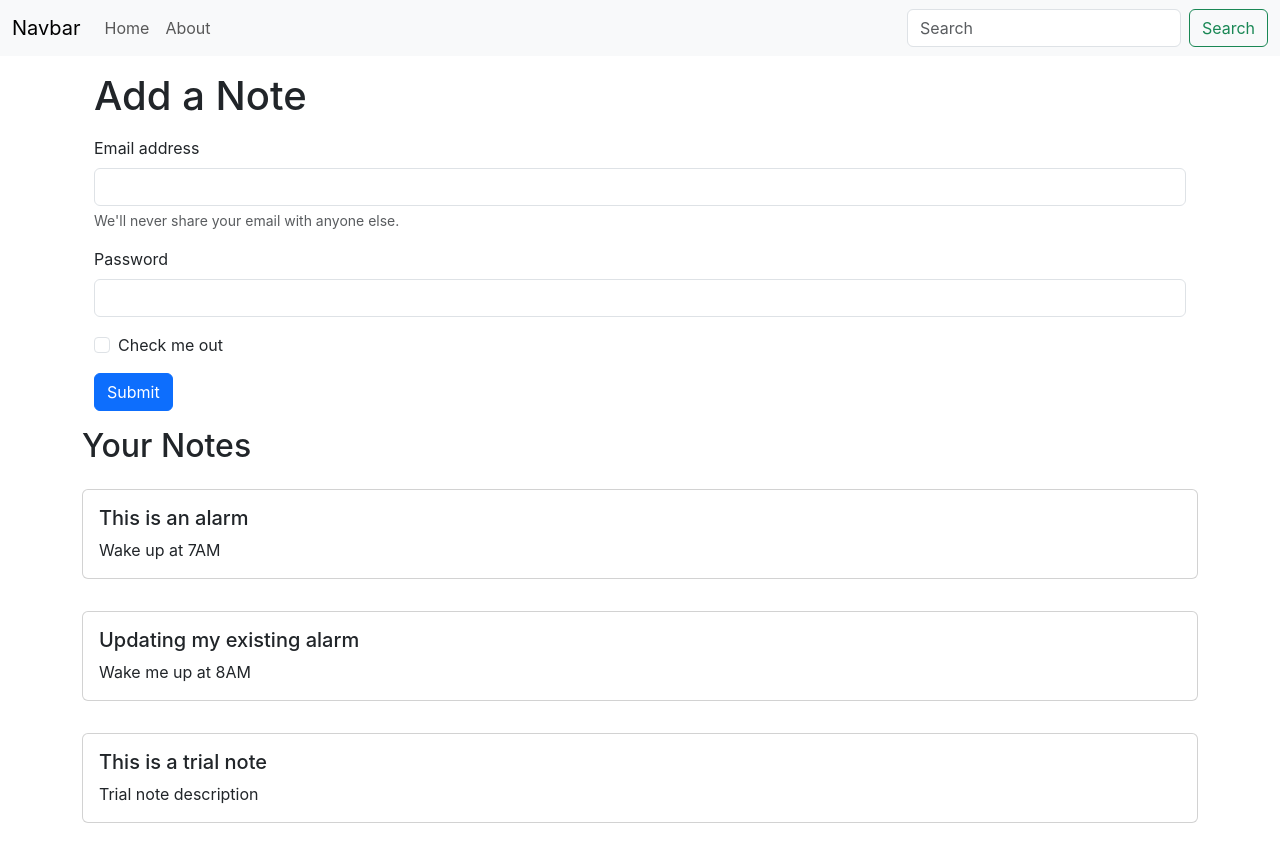
Repository: bhaveshdaipuria/inotebook
Page: /home
An editor plug-in stored every save of this project. The page is shown before and after the next save, followed by the edit.
The browser window is 1280 px wide. The pictures show the whole page.
The project was rebuilt for these pictures with package versions that can differ from the ones it lists, and the page was loaded fresh each time. Also part of the build but not shown: src/App.css, src/components/About.js.

Above is the page before, as saved 2023-05-03 14:13:00.

### public/index.html
<!DOCTYPE html>
<html lang="en">
  <head>
    <meta charset="utf-8" />
    <link rel="icon" href="%PUBLIC_URL%/favicon.ico" />
    <meta name="viewport" content="width=device-width, initial-scale=1" />
    <meta name="theme-color" content="#000000" />
    <meta
      name="description"
      content="Web site created using create-react-app"
    />
    <link rel="apple-touch-icon" href="%PUBLIC_URL%/logo192.png" />
    <link href="https://cdn.jsdelivr.net/npm/bootstrap@5.3.0-alpha3/dist/css/bootstrap.min.css" rel="stylesheet" integrity="sha384-KK94CHFLLe+nY2dmCWGMq91rCGa5gtU4mk92HdvYe+M/SXH301p5ILy+dN9+nJOZ" crossorigin="anonymous">
    <!--
      manifest.json provides metadata used when your web app is installed on a
      user's mobile device or desktop. See https://developers.google.com/web/fundamentals/web-app-manifest/
    -->
    <link rel="manifest" href="%PUBLIC_URL%/manifest.json" />
    <!--
      Notice the use of %PUBLIC_URL% in the tags above.
      It will be replaced with the URL of the `public` folder during the build.
      Only files inside the `public` folder can be referenced from the HTML.

      Unlike "/favicon.ico" or "favicon.ico", "%PUBLIC_URL%/favicon.ico" will
      work correctly both with client-side routing and a non-root public URL.
      Learn how to configure a non-root public URL by running `npm run build`.
    -->
    <title>iNotebook</title>
  </head>
  <body>
    <noscript>You need to enable JavaScript to run this app.</noscript>
    <div id="root"></div>
    <!--
      This HTML file is a template.
      If you open it directly in the browser, you will see an empty page.

      You can add webfonts, meta tags, or analytics to this file.
      The build step will place the bundled scripts into the <body> tag.

      To begin the development, run `npm start` or `yarn start`.
      To create a production bundle, use `npm run build` or `yarn build`.
    -->
  </body>
  <script src="https://cdn.jsdelivr.net/npm/bootstrap@5.3.0-alpha3/dist/js/bootstrap.bundle.min.js" integrity="sha384-ENjdO4Dr2bkBIFxQpeoTz1HIcje39Wm4jDKdf19U8gI4ddQ3GYNS7NTKfAdVQSZe" crossorigin="anonymous"></script>
</html>

### src/App.js
import './App.css';
import Navbar from './components/Navbar';
import Home  from './components/Home';
import { BrowserRouter, Routes, Route } from 'react-router-dom';
import About from './components/About';
import NoteState from './context/notes/NoteState';

function App() {
  return (
    <>
    <NoteState>
    <BrowserRouter>
    <Navbar/>
    <div className='container'>
      <Routes>
      <Route exact path = '/home' element={<Home/>}/>
      <Route exact path = '/about' element={<About/>}/>
    </Routes>
    </div>
    </BrowserRouter>
    </NoteState>
    </>
  );
}

export default App;

### src/components/Navbar.js
import React, { useEffect } from "react";
import { Link, useLocation } from "react-router-dom";

function Navbar() {
  let location = useLocation();
  useEffect(()=>{
    console.log(location.pathname)
  }, [location]);
  return (
    <nav className="navbar navbar-expand-lg bg-body-tertiary">
      <div className="container-fluid">
        <Link className="navbar-brand" to="/">
          Navbar
        </Link>
        <button
          className="navbar-toggler"
          type="button"
          data-bs-toggle="collapse"
          data-bs-target="#navbarSupportedContent"
          _aria-controls="navbarSupportedContent"
          aria-expanded="false"
          aria-label="Toggle navigation"
        >
          <span className="navbar-toggler-icon"></span>
        </button>
        <div className="collapse navbar-collapse" id="navbarSupportedContent">
          <ul className="navbar-nav me-auto mb-2 mb-lg-0">
            <li className="nav-item">
              <Link className={`nav-link ${location.pathname === '/'?"active":""}`} aria-current="page" to="/home">
                Home
              </Link>
            </li>
            <li className="nav-item">
              <Link className={`nav-link ${location.pathname === '/about'?"active":""}`} to="/about">
                About
              </Link>
            </li>
          </ul>
          <form className="d-flex" role="search">
            <input
              className="form-control me-2"
              type="search"
              placeholder="Search"
              aria-label="Search"
            />
            <button className="btn btn-outline-success" type="submit">
              Search
            </button>
          </form>
        </div>
      </div>
    </nav>
  );
}

export default Navbar;

### src/components/Home.js
import React from 'react';
import Notes from './Notes';

function Home() {
  return (
    <div>
    <div className='container my-3'>
    <h1>Add a Note</h1>
    <form className='my-3'>
  <div className="mb-3">
    <label for="exampleInputEmail1" className="form-label">Email address</label>
    <input type="email" className="form-control" id="exampleInputEmail1" aria-describedby="emailHelp"/>
    <div id="emailHelp" className="form-text">We'll never share your email with anyone else.</div>
  </div>
  <div className="mb-3">
    <label for="exampleInputPassword1" className="form-label">Password</label>
    <input type="password" className="form-control" id="exampleInputPassword1"/>
  </div>
  <div className="mb-3 form-check">
    <input type="checkbox" className="form-check-input" id="exampleCheck1"/>
    <label className="form-check-label" for="exampleCheck1">Check me out</label>
  </div>
  <button type="submit" className="btn btn-primary">Submit</button>
</form>
</div>
<Notes/>
</div>
  )
}

export default Home;

### src/context/notes/NoteState.js
import NoteContext from "./noteContext";
import { useState } from "react";

const  NoteState = (props)=>{
    const notesInitial = [
        {
          "_id": "644f7e8be617961a0e690ce2",
          "user": "644f7d94e617961a0e690ccc",
          "title": "This is an alarm",
          "description": "Wake up at 7AM",
          "tag": "General",
          "date": "2023-05-01T08:55:39.717Z",
          "__v": 0
        },
        {
          "_id": "644f7ea9e617961a0e690ce5",
          "user": "644f7d94e617961a0e690ccc",
          "title": "Updating my existing alarm",
          "description": "Wake me up at 8AM",
          "tag": "Updated Alarm",
          "date": "2023-05-01T08:56:09.511Z",
          "__v": 0
        },
        {
          "_id": "644f8271f19dd960cfe94ffd",
          "user": "644f7d94e617961a0e690ccc",
          "title": "This is a trial note",
          "description": "Trial note description",
          "tag": "General",
          "date": "2023-05-01T09:12:17.622Z",
          "__v": 0
        }
      ]
      const [notes, setNotes] = useState(notesInitial)
    return(
        <NoteContext.Provider value={{notes, setNotes}}>
            {props.children}
        </NoteContext.Provider>
    )
}

export default NoteState;

### src/components/Notes.js
import React, {useContext} from 'react';
import noteContext from '../context/notes/noteContext';
import NoteItem from './NoteItem';

function Notes() {
    const context = useContext(noteContext);
    const {notes, setNotes} = context;
  return (
    <div className='row my-3'>
    <h2>Your Notes</h2>
    {notes.map((note)=>{
      return <NoteItem note={note}/>
    })}
    </div>
  )
}

export default Notes;

### src/components/NoteItem.js
import React from 'react'

function NoteItem(props) {
    const {note} = props;
  return (
    <div className='col-mid-3'>
    <div className='card my-3'>
        <div className='card-body'>
            <h5 className='card-title'>{note.title}</h5>
            <p className='card-text'>{note.description}</p>
        </div>
    </div>
    </div>
  )
}

export default NoteItem;

Loaded but not shown: src/index.js (common file); src/index.css (common file); src/context/notes/noteContext.js (common file)

After the next save:
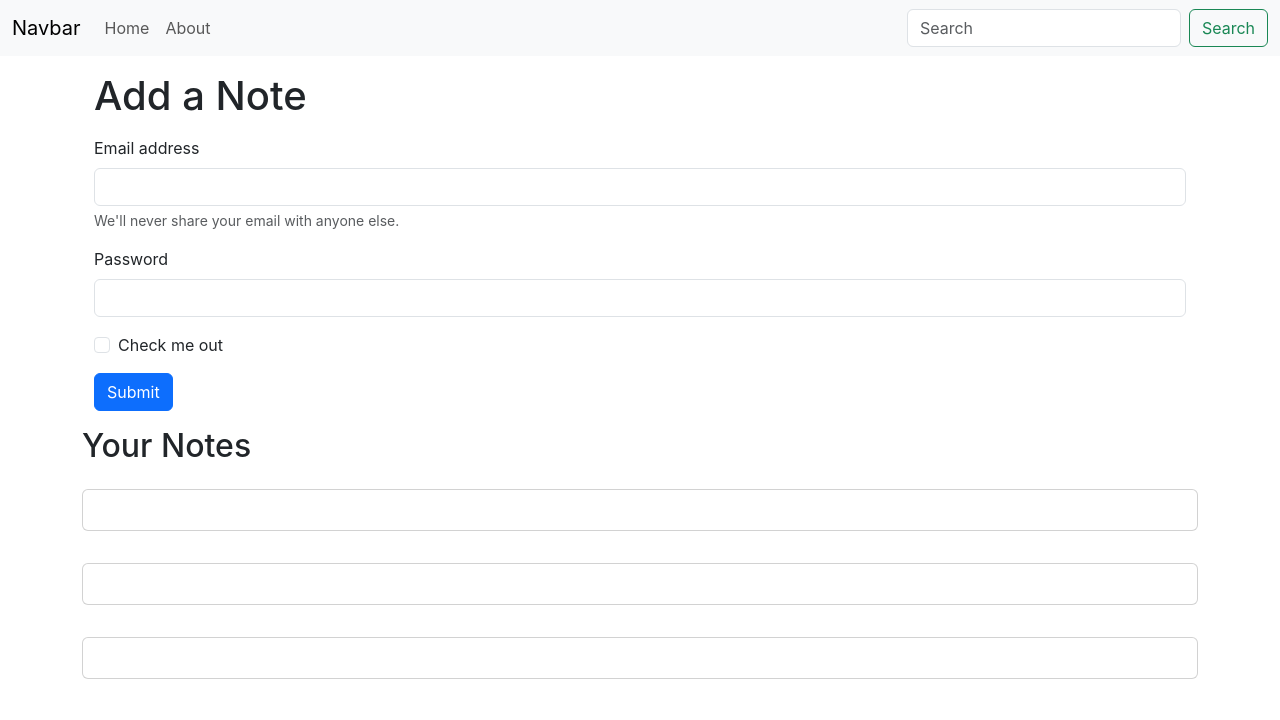
Saved 41 s later.
--- a/src/components/NoteItem.js
+++ b/src/components/NoteItem.js
@@ -1,13 +1,12 @@
 import React from 'react'
 
-function NoteItem(props) {
-    const {note} = props;
+function NoteItem({title, description}) {
   return (
     <div className='col-mid-3'>
     <div className='card my-3'>
         <div className='card-body'>
-            <h5 className='card-title'>{note.title}</h5>
-            <p className='card-text'>{note.description}</p>
+            <h5 className='card-title'>{title}</h5>
+            <p className='card-text'>{description}</p>
         </div>
     </div>
     </div>

After the save that followed:
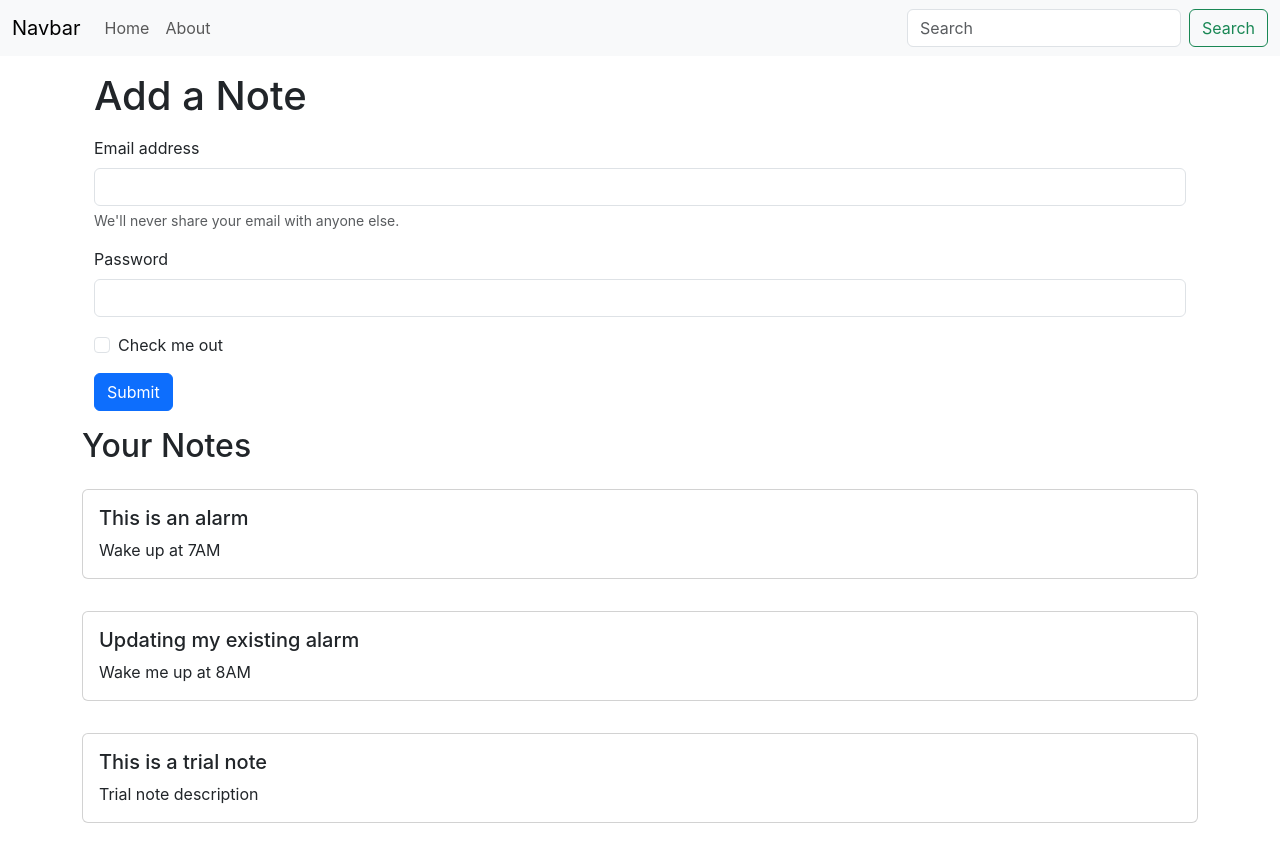
Saved 24 s later.
--- a/src/components/Notes.js
+++ b/src/components/Notes.js
@@ -9,7 +9,7 @@ function Notes() {
     <div className='row my-3'>
     <h2>Your Notes</h2>
     {notes.map((note)=>{
-      return <NoteItem note={note}/>
+      return <NoteItem title={note.title} description={note.description}/>
     })}
     </div>
   )
